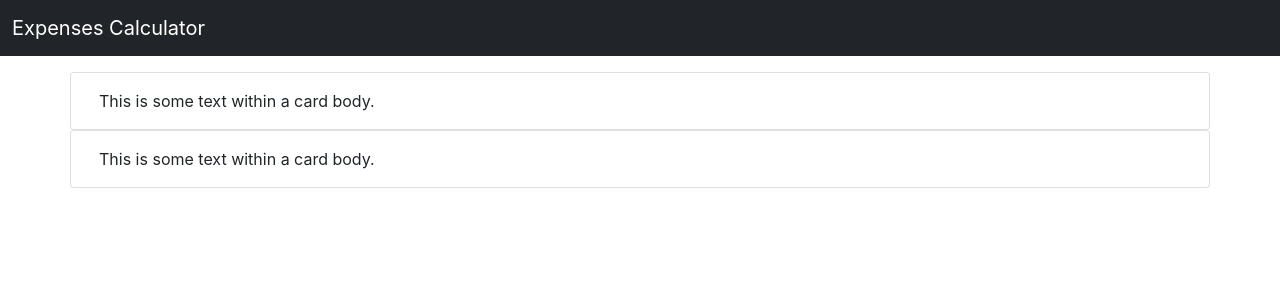
Repository: eidankhan/expenses-calculator
Page: /
An editor plug-in stored every save of this project. The page is shown before and after the next save, followed by the edit.
The browser window is 1280 px wide. The pictures show the whole page.
The project was rebuilt for these pictures with package versions that can differ from the ones it lists, and the page was loaded fresh each time. Also part of the build but not shown: src/components/SaveIncome.js.

Above is the page before, as saved 2021-11-29 16:50:29.

### public/index.html
<!DOCTYPE html>
<html lang="en">
  <head>
    <meta charset="utf-8" />
    <link rel="icon" href="%PUBLIC_URL%/favicon.ico" />
    <meta name="viewport" content="width=device-width, initial-scale=1" />
    <meta name="theme-color" content="#000000" />
    <meta
      name="description"
      content="Web site created using create-react-app"
    />
    <link rel="apple-touch-icon" href="%PUBLIC_URL%/logo192.png" />
    <link rel="manifest" href="%PUBLIC_URL%/manifest.json" />
    <!-- CSS only -->
    <link
      href="https://cdn.jsdelivr.net/npm/bootstrap@5.1.3/dist/css/bootstrap.min.css"
      rel="stylesheet"
      integrity="sha384-1BmE4kWBq78iYhFldvKuhfTAU6auU8tT94WrHftjDbrCEXSU1oBoqyl2QvZ6jIW3"
      crossorigin="anonymous"
    />
    <title>Shopping Cart App</title>
  </head>
  <body>
    <noscript>You need to enable JavaScript to run this app.</noscript>
    <div id="root"></div>
    <!-- JavaScript Bundle with Popper -->
    <script
      src="https://cdn.jsdelivr.net/npm/bootstrap@5.1.3/dist/js/bootstrap.bundle.min.js"
      integrity="sha384-ka7Sk0Gln4gmtz2MlQnikT1wXgYsOg+OMhuP+IlRH9sENBO0LRn5q+8nbTov4+1p"
      crossorigin="anonymous"
    ></script>
  </body>
</html>

### src/App.js
// import {
//   BrowserRouter as Router,
//   Routes,
//   Route,
// } from "react-router-dom";

import { IncomeSummary } from "./components/IncomeSummary";
import { Navbar } from "./components/Navbar";
import { SaveIncome } from "./components/SaveIncome";

function App() {
  return (
    <>
      <Navbar />
      <div className="container my-3">
        {/* <SaveIncome/> */}
        <IncomeSummary/>
      </div>
    </>
  );
}

export default App;

### src/components/IncomeSummary.js
import React, { useEffect, useState } from "react";

export const IncomeSummary = () => {
  const [income, setIncome] = useState([]);

  useEffect(() => {
    setIncome([
      {
        date: "11/01/2021",
        amount: 55000,
        payer: "Employer",
        description: "Salary received for the month of November",
      },
      {
        date: "10/01/2021",
        amount: 55000,
        payer: "Employer",
        description: "Salary received for the month of October",
      },
      {
        date: "10/01/2021",
        amount: 20000,
        payer: "Fiver",
        description: "Payment received from fiver client",
      },
    ]);
  }, []);

  return (
    <div className="my-3">
      <div className="row">
        <div className="card">
          <div className="card-body">This is some text within a card body.</div>
        </div>
        <div className="card">
          <div className="card-body">This is some text within a card body.</div>
        </div>
      </div>
    </div>
  );
};

### src/components/Navbar.js
import React from "react";

export const Navbar = () => {
  return (
    <nav className="navbar navbar-dark bg-dark">
      <div className="container-fluid">
        <a className="navbar-brand" href="/" > Expenses Calculator</a>

        {/* <form className="d-flex">
          <input
            className="form-control me-2"
            type="search"
            placeholder="Search"
            aria-label="Search"
          />
          <button className="btn btn-outline-success" type="submit">
            Search
          </button>
        </form> */}

      </div>
    </nav>
  );
};

Loaded but not shown: src/index.js (common file); src/index.css (common file)

After the next save:
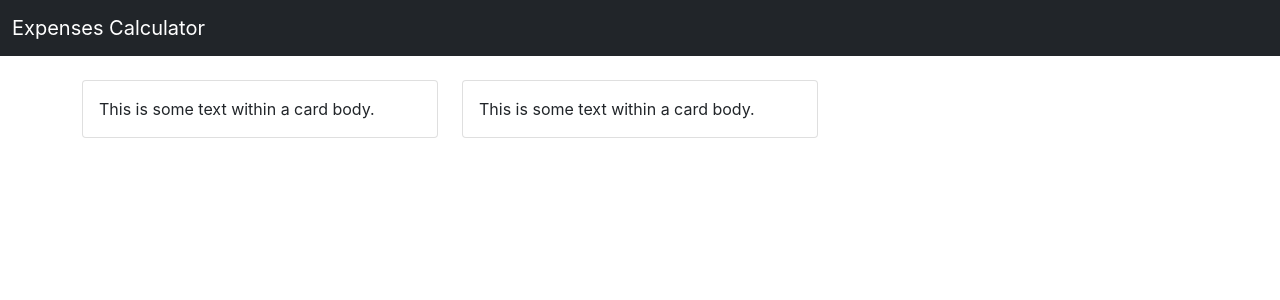
Saved 91 s later.
--- a/src/components/IncomeSummary.js
+++ b/src/components/IncomeSummary.js
@@ -29,11 +29,19 @@ export const IncomeSummary = () => {
   return (
     <div className="my-3">
       <div className="row">
-        <div className="card">
-          <div className="card-body">This is some text within a card body.</div>
+        <div className="col-md-4 my-2">
+          <div className="card">
+            <div className="card-body">
+              This is some text within a card body.
+            </div>
+          </div>
         </div>
-        <div className="card">
-          <div className="card-body">This is some text within a card body.</div>
+        <div className="col-md-4 my-2">
+          <div className="card">
+            <div className="card-body">
+              This is some text within a card body.
+            </div>
+          </div>
         </div>
       </div>
     </div>
